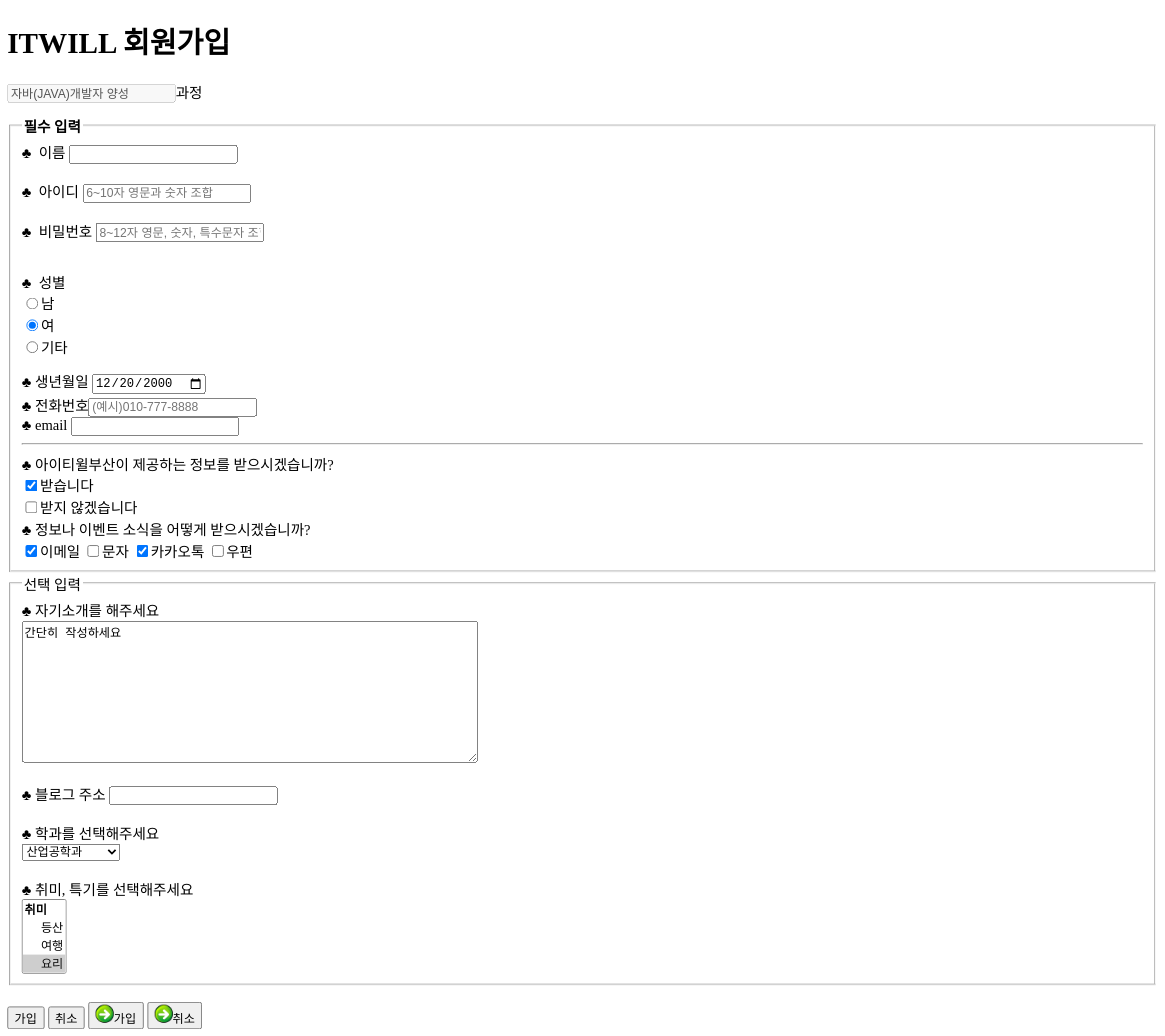
Repository: ReadStar/Web
Page: Html/html5/WebContent/form-test.html
The author's editor kept a copy of each file at every save. The page is drawn from the files as they stood at one save, then again after a run of saves.
The browser window is 1280 px wide. The pictures show the whole page, at 91% of full size.

Above is the page before, as saved 2020-08-13 12:21:19.

After the next 2 saves:
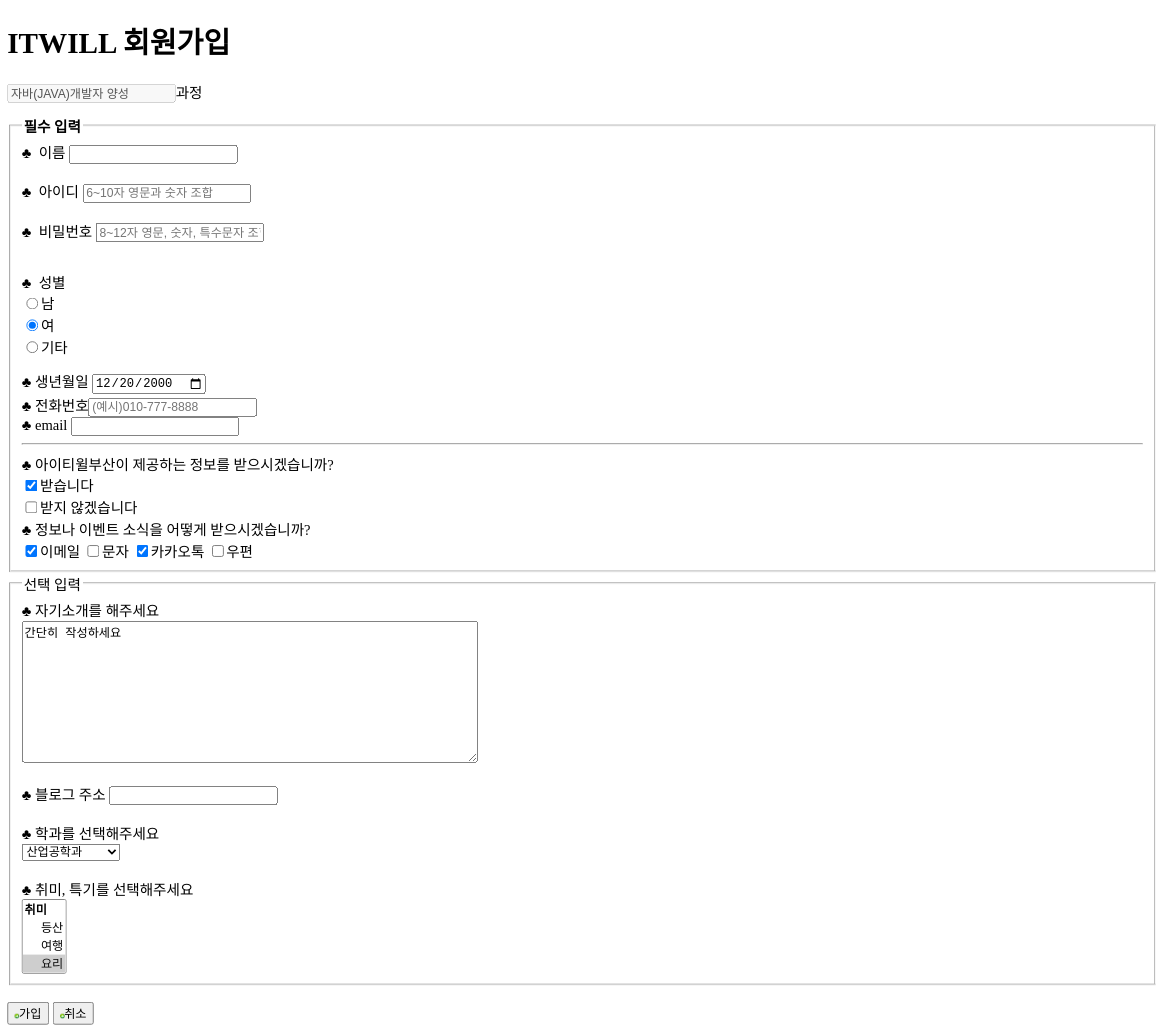
The 2 saves are shown as one change because they came seconds apart.
The last was saved 11 s later.
--- a/Html/html5/WebContent/form-test.html
+++ b/Html/html5/WebContent/form-test.html
@@ -62,8 +62,7 @@
 </optgroup>
 </select>
 </fieldset><br>
-<input type="submit" value="가입"> <input type="reset" value = "취소">
-	<button><img alt="alt" src="img.gif" width="20">가입</button>
-	<button><img alt="alt" src="img.gif" width="20">취소</button>
+	<button><img alt="alt" src="img.gif" width="5">가입</button>
+	<button><img alt="alt" src="img.gif" width="5">취소</button>
 </body>
 </html>
